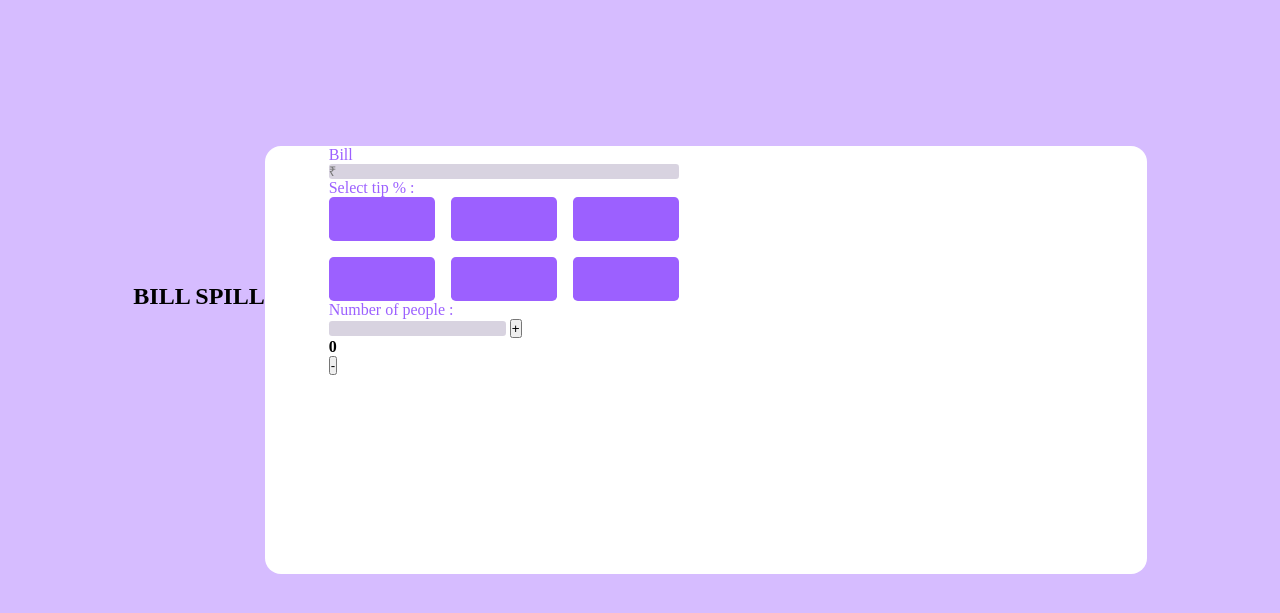
Repository: drumsmanku/micro-project-3
Page: index.html
These files come from the project's save history. The page is drawn as it stood at one moment and after the next save; the edit follows.
The browser window is 1280 px wide. The pictures show the whole page.

Above is the page before, as saved 2023-04-17 14:10:22.

After the next save:
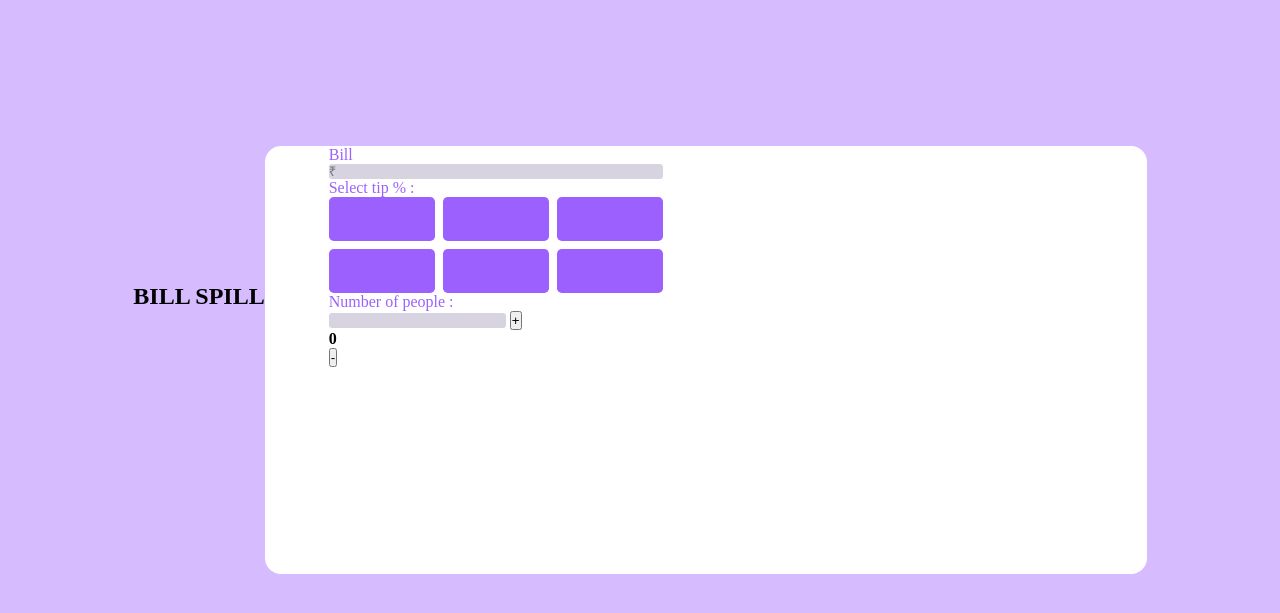
Saved 11 s later.
--- a/styles.css
+++ b/styles.css
@@ -41,7 +41,7 @@ main>h2{
   display: grid;
   grid-template-columns: repeat(3, minmax(0,1fr));
   grid-template-rows: repeat(2, minmax(0,1fr));
-  grid-gap: 1rem;
+  grid-gap: 0.5rem;
 }
 
 .sizing{
